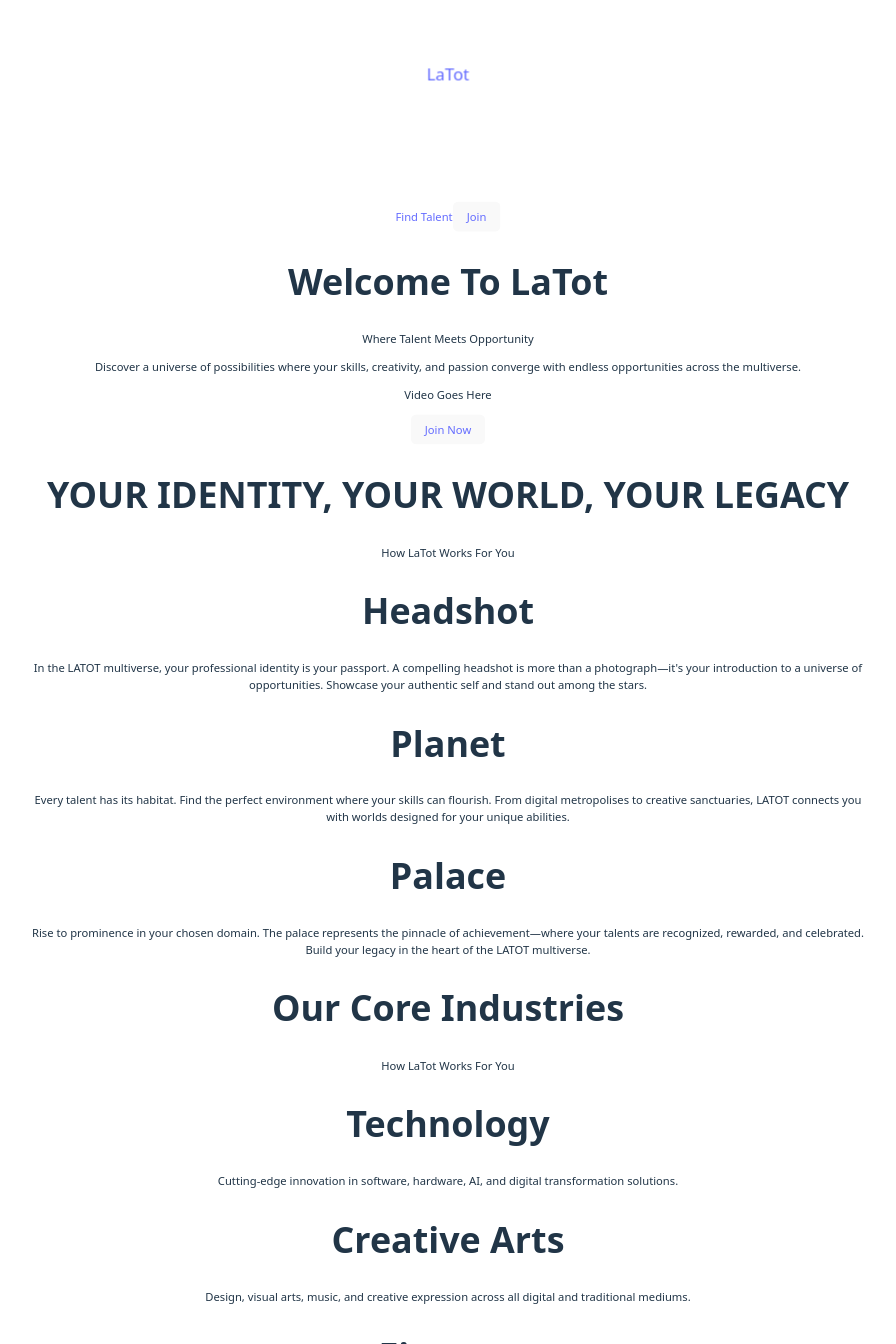
Repository: STR33T-K3Y5/LaTot
Page: /
The author's editor kept a copy of each file at every save. The page is drawn from the files as they stood at one save, then again after the next save.
The browser window is 1280 px wide. The pictures show the part of the page from y = 0 to 1920 px (the page is 6632 px tall before and 6648 px after), at 70% of full size.
The project was rebuilt for these pictures with package versions that can differ from the ones it lists, and the page was loaded fresh each time. Also part of the build but not shown: vite.config.js, src/pages/FindTalent.jsx.

Above is the page before, as saved 2026-01-22 02:20:40.

After the next save:
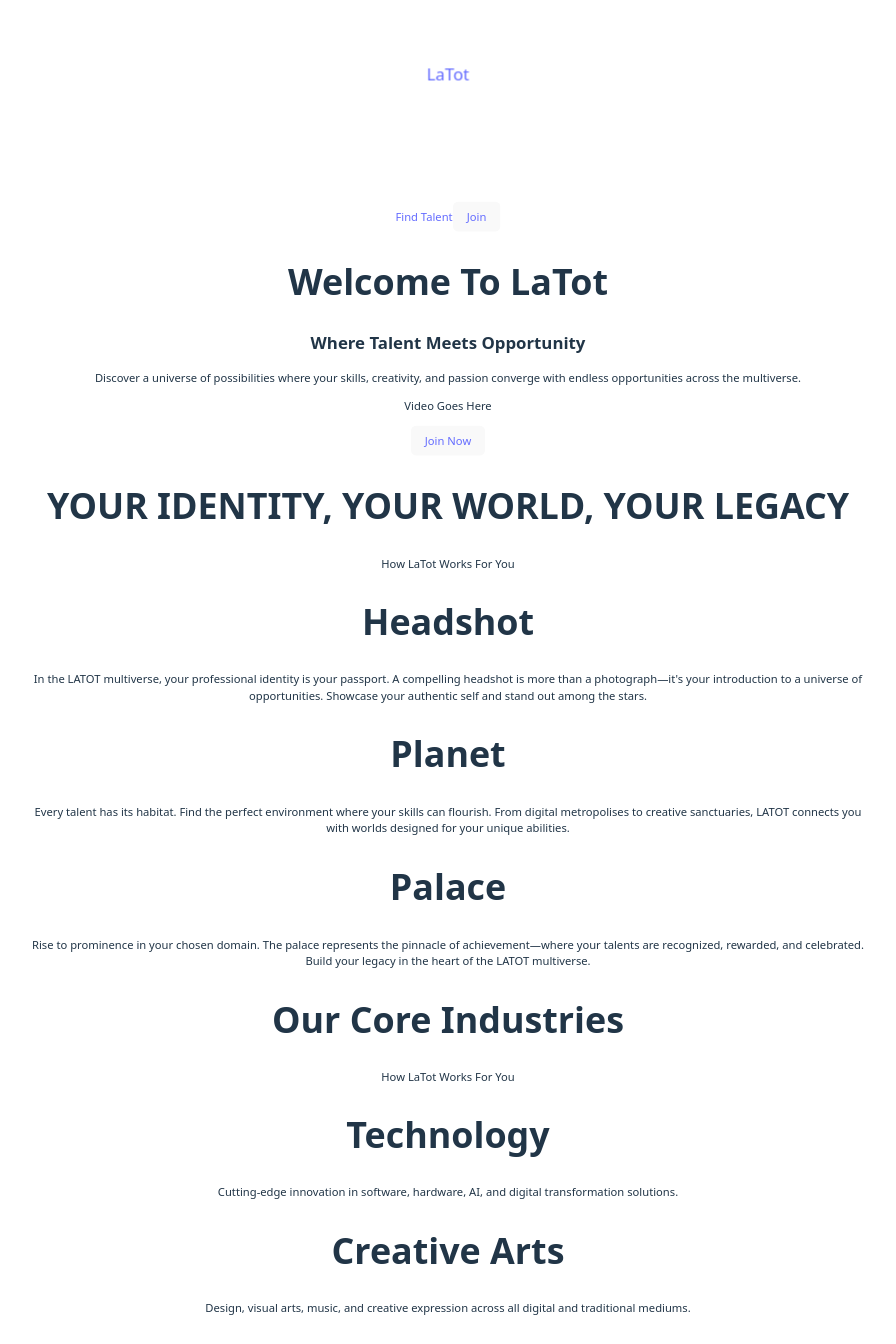
Saved 10 s later.
--- a/src/pages/Home.jsx
+++ b/src/pages/Home.jsx
@@ -9,7 +9,7 @@
       {/* Hero Section */}
       <section id="hero-section">
         <h1 class="hero-header">Welcome To LaTot</h1>
-        <p class="hero-subheader">Where Talent Meets Opportunity</p>
+        <h2 class="hero-subheader">Where Talent Meets Opportunity</h2>
         <p class="hero-text">Discover a universe of possibilities where your skills, creativity, and passion converge with endless opportunities across the multiverse.</p>
         <div class="video-container"><p>Video Goes Here</p></div>
         <button>
